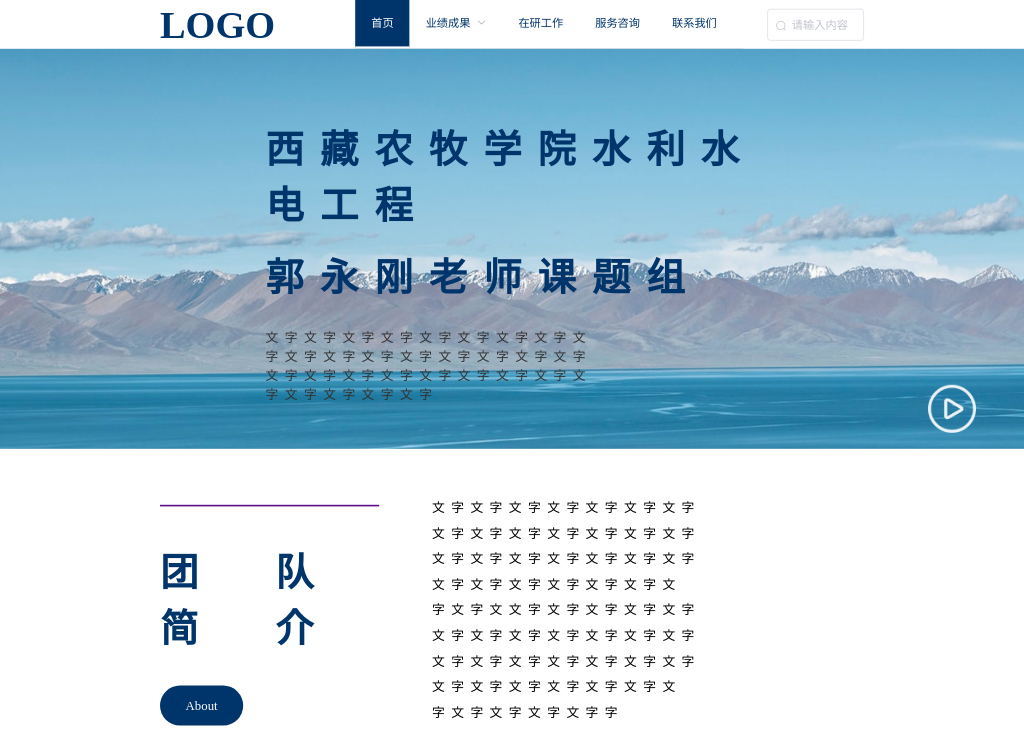
Repository: BLSY/xzust
Page: /
An editor plug-in stored every save of this project. The page is shown before and after the next save, followed by the edit.
The browser window is 1280 px wide. The pictures show the whole page, at 80% of full size.
The project was rebuilt for these pictures with package versions that can differ from the ones it lists, and the page was loaded fresh each time.

Above is the page before, as saved 2022-11-27 10:22:26.

After the next save:
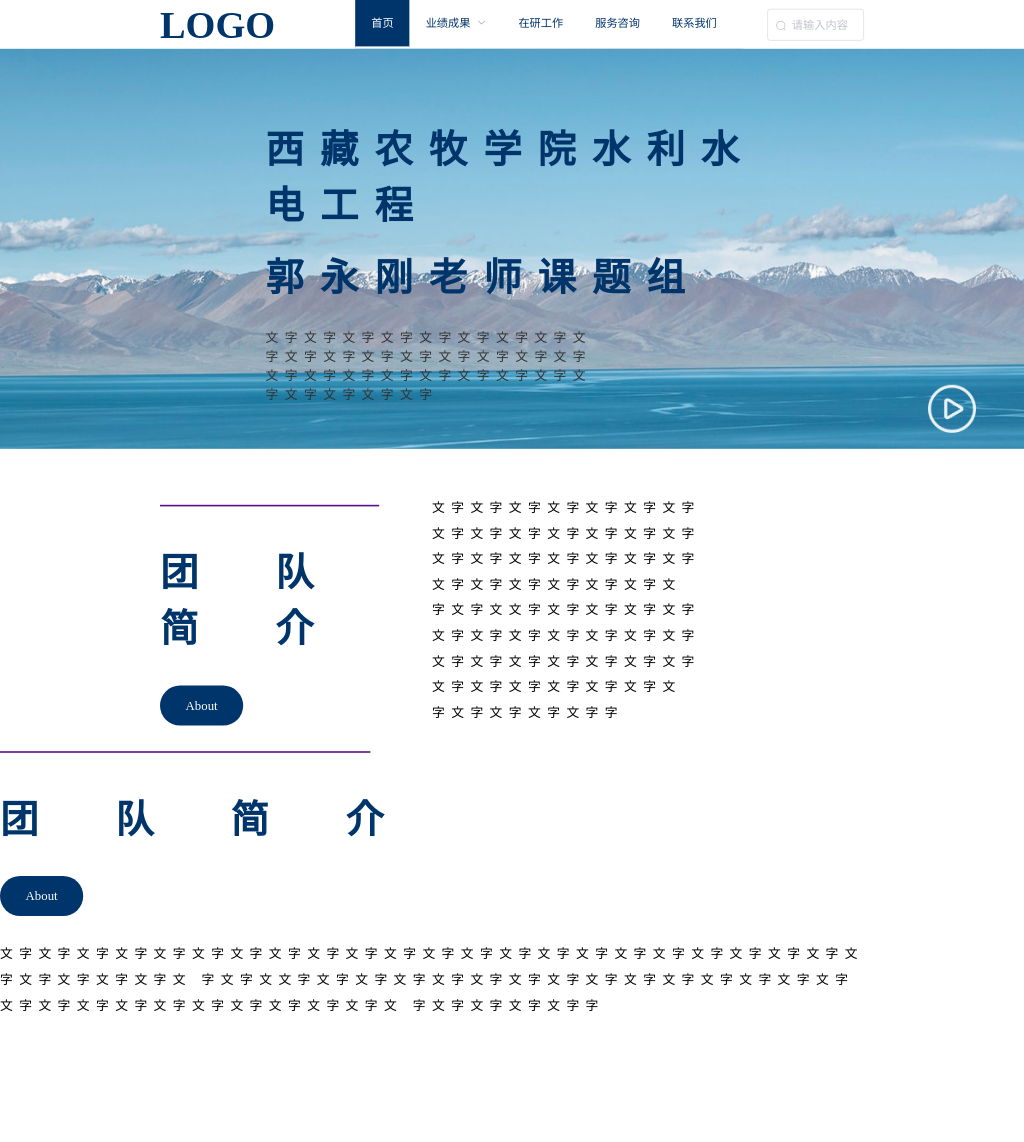
Saved 84 s later.
--- a/src/components/HelloWorld.vue
+++ b/src/components/HelloWorld.vue
@@ -60,6 +60,21 @@
 
       </div>
     </div>
+     <div class="cooperation">
+      <div class="team-left">
+        <div class="line"></div>
+        <h3 class="team-title">团队简介</h3>
+        <div class="team-icon">About</div>
+      </div>
+      <div class="team-right">
+        <div class="right-text">
+          文字文字文字文字文字文字文字文字文字文字文字文字文字文字文字文字文字文字文字文字文字文字文字文字文字文字文字文
+          字文字文文字文字文字文字文字文字文字文字文字文字文字文字文字文字文字文字文字文字文字文字文字文字文字文字文字文
+          字文字文字文字文字字
+        </div>
+
+      </div>
+    </div>
   </div>
 </template>
 
